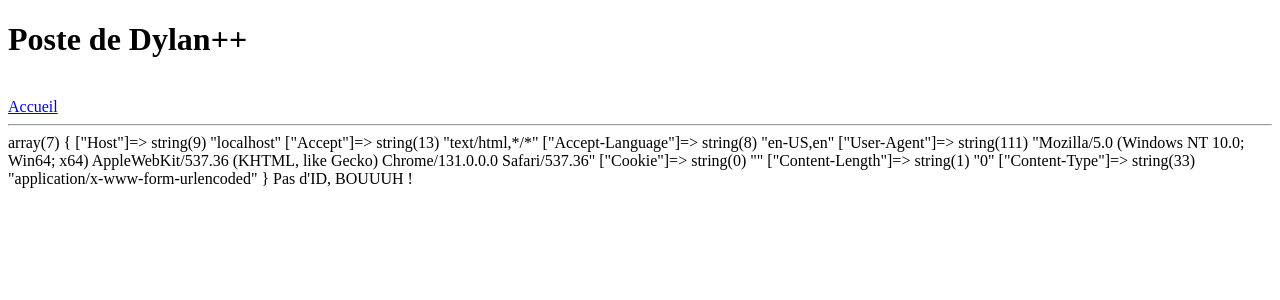
Repository: DylanCahu/cookie
Page: http://localhost/Cookies/consult.php
The author's editor kept a copy of each file at every save. The page is drawn from the files as they stood at one save, then again after the next save.
The browser window is 1280 px wide. The pictures show the whole page.
The page is run by PHP 8.4 with error messages shown; the project is at /var/www/html/.

Above is the page before, as saved 2021-12-13 09:17:32.

After the next save:
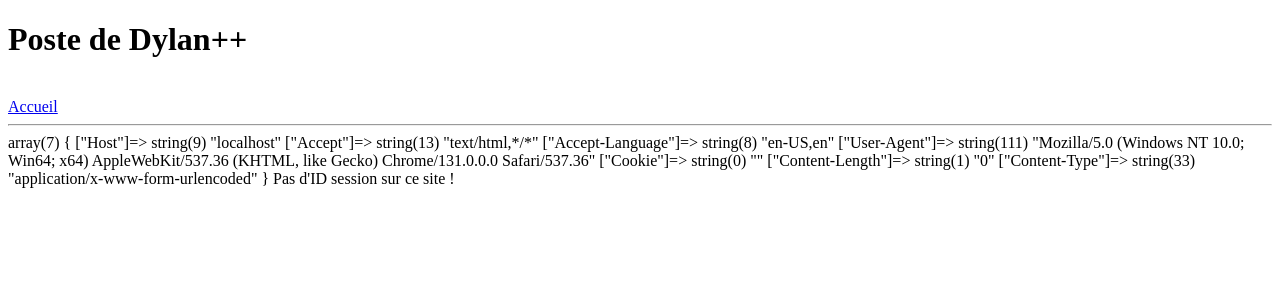
Saved 28 s later.
--- a/consult.php
+++ b/consult.php
@@ -28,7 +28,7 @@ session_start();
 if (isset($_SESSION['numClient'])) {
     echo "<h3>Votre ID est: " . $_SESSION['numClient'] . " ";
 } else {
-    echo "Pas d'ID, BOUUUH !";
+    echo "Pas d'ID session sur ce site !";
 }
 
 ?>
